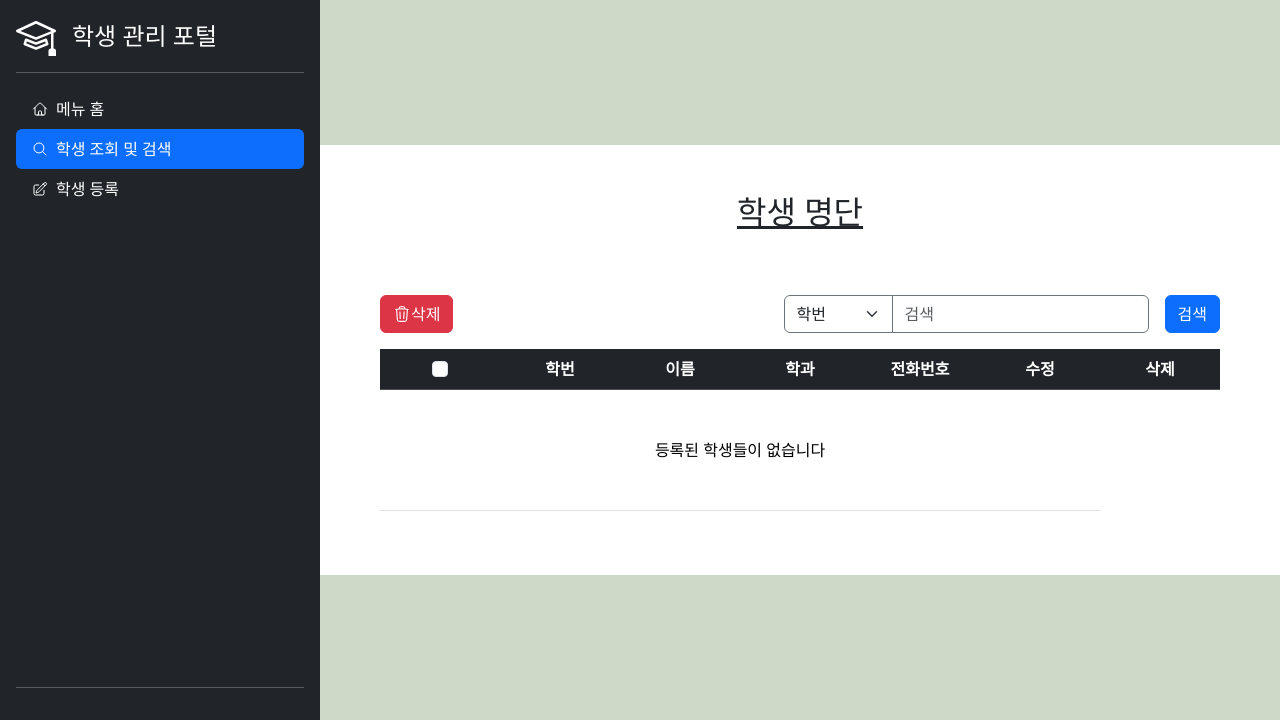
Repository: invisibleufo101/StudentManagementWeb
Page: http://localhost/HSW_Web/browseStudents.do
An editor plug-in stored every save of this project. The page is shown before and after the next save, followed by the edit.
The browser window is 1280 px wide. The pictures show the whole page.
The page is served by Tomcat 9. Other server files are loaded and not shown. Queries for data that is not in the repository find no rows.

Above is the page before, as saved 2024-09-25 13:11:17.

### HSW_Web/src/main/java/com/university/controller/BrowseStudentsServlet.java
package com.university.controller;

import java.io.IOException;
import java.io.PrintWriter;
import java.util.List;

import javax.servlet.ServletException;
import javax.servlet.annotation.WebServlet;
import javax.servlet.http.HttpServlet;
import javax.servlet.http.HttpServletRequest;
import javax.servlet.http.HttpServletResponse;
import javax.servlet.http.HttpSession;

import com.university.model.impl.Student;
import com.university.service.StudentService;

@WebServlet("/browseStudents.do")
public class BrowseStudentsServlet extends HttpServlet {

	private static final long serialVersionUID = 1L;

	/**
	 * 사용자가 학 조회 및 검색 탭을 눌렀을 때 호출 되는 메소드입니다.
	 */
	protected void service(HttpServletRequest request, HttpServletResponse response)
			throws ServletException, IOException {
		showContent(request, response);
	}

	/**
	 * 사용자를 위해 데이터베이스에 저장된 모든 학생들의 정보를 볼 수 있는 페이지를 생성합니다.
	 *
	 * 테이블 위에 있는 검색 기능으로 특정한 조건에 맞는 학생들을 골라 볼 수 있습니다.
	 * 학생 명단의 행을 지우고 싶다면
	 * - 각 행에 있는 체크박스를 클릭하고 테이블 위에 있는 삭제 버튼으로 다량의 행을 삭제할 수 있습니다.
	 * - 각 행에 있는 빨간 쓰레기통 아이콘을 클릭하여 하나의 행을 삭제할 수 있습니다.
	 *
	 * @param request  사용자 요청
	 * @param response 요청에 해당하는 학생 명단 페이
	 * @throws IOException
	 */
	private void showContent(HttpServletRequest request, HttpServletResponse response) throws IOException {

		HttpSession session = request.getSession();

		// Remember that there are two buttons in the same <form> tag
		// but their values are different:
		// "delete" to delete table rows
		// "search" to search for records

		// Mass Delete Student Rows
		String action = request.getParameter("action");
		if (action == null) {
			action = "";
		}

		// Delegate mass student delete action to DeleteStudentServlet
		if (action.equals("delete")) {
			String[] rowIds = request.getParameterValues("rowIds");
			if (rowIds != null) {
				request.setAttribute("rowIds", rowIds);
	            try {
					request.getRequestDispatcher("/deleteStudent.do").forward(request, response);
				} catch (ServletException | IOException e) {
					e.printStackTrace();
				}
//	            return;
			}
		}

		// Get search Category & Keyword from session
		String searchCategory = request.getParameter("search_student_category");
		String searchKeyword = request.getParameter("search_student_keyword");

		// Set default value for both search category & keyword
		if (searchCategory == null) {
			searchCategory = "search_by_id";
		}

		if (searchKeyword == null) {
			searchKeyword = "";
		}

		session.setAttribute("searchCategory", searchCategory);
		session.setAttribute("searchKeyword", searchKeyword);


		PrintWriter out = response.getWriter();

		// Head
		out.println("<!DOCTYPE html>");
		out.println("<html>");
		out.println("<head>");
		out.println("<meta charset='UTF-8'>");
		out.println("<meta name='viewport' content='width=device-width, initial-scale=1'>");
		out.println("<link rel='stylesheet' href='css/bootstrap.min.css' />");
		out.println("<script defer src='js/bootstrap.bundle.min.js'></script>");
		out.println("<link rel='icon' href='images/portal_icon.svg'/>");
		out.println("<title>학생 관리 포털</title>");
		out.println("</head>");

		// Body
		out.println("<body>");
		out.println("<main class='d-flex flex-nowrap vh-100'>");

		// Navbar
		out.println("<!-- Start of Navbar -->");
		out.println("<nav class='d-flex flex-lg-column flex-md-column flex-row flex-shrink-0 p-3 text-bg-dark' style='width: 25vw;'>");
		out.println("<a href='/' class='d-flex justify-content-around align-items-center mb-3 mb-md-0 me-md-auto text-white text-decoration-none'>");
		out.println("<svg xmlns='http://www.w3.org/2000/svg' width='40' height='40' fill='currentColor' class='bi bi-mortarboard' viewBox='0 0 16 16'>");
		out.println("<path d='M8.211 2.047a.5.5 0 0 0-.422 0l-7.5 3.5a.5.5 0 0 0 .025.917l7.5 3a.5.5 0 0 0 .372 0L14 7.14V13a1 1 0 0 0-1 1v2h3v-2a1 1 0 0 0-1-1V6.739l.686-.275a.5.5 0 0 0 .025-.917zM8 8.46 1.758 5.965 8 3.052l6.242 2.913z'/>");
		out.println("<path d='M4.176 9.032a.5.5 0 0 0-.656.327l-.5 1.7a.5.5 0 0 0 .294.605l4.5 1.8a.5.5 0 0 0 .372 0l4.5-1.8a.5.5 0 0 0 .294-.605l-.5-1.7a.5.5 0 0 0-.656-.327L8 10.466zm-.068 1.873.22-.748 3.496 1.311a.5.5 0 0 0 .352 0l3.496-1.311.22.748L8 12.46z'/>");
		out.println("</svg>");
		out.println("<span class='ms-3' style='font-size: 1.5rem;'>학생 관리 포털</span>");
		out.println("</a>");
		out.println("<hr/>");
		out.println("<ul class='nav nav-pills flex-column mb-auto'>");

		// 홈
		out.println("<!-- Menu Home -->");
		out.println("<li class='nav-item'>");
		out.println("<a href='/' class='nav-link text-white'>");
		out.println("<div class='d-flex align-items-center'>");
		out.println("<svg class='bi me-2' xmlns='http://www.w3.org/2000/svg' fill='none' viewBox='0 0 24 24' stroke-width='1.5' stroke='currentColor' width='16' height='16'>");
		out.println("<path stroke-linecap='round' stroke-linejoin='round' d='m2.25 12 8.954-8.955c.44-.439 1.152-.439 1.591 0L21.75 12M4.5 9.75v10.125c0 .621.504 1.125 1.125 1.125H9.75v-4.875c0-.621.504-1.125 1.125-1.125h2.25c.621 0 1.125.504 1.125 1.125V21h4.125c.621 0 1.125-.504 1.125-1.125V9.75M8.25 21h8.25' />");
		out.println("</svg>");
		out.println("<p class='m-0'>메뉴 홈</p>");
		out.println("</div>");
		out.println("</a>");
		out.println("</li>");

		// 학생 조회 및 검색
		out.println("<!-- List and Search Students -->");
		out.println("<li>");
		out.println("<a href='/browseStudents.do' class='nav-link active'>");
		out.println("<div class='d-flex align-items-center'>");
		out.println("<svg class='bi me-2' xmlns='http://www.w3.org/2000/svg' fill='none' viewBox='0 0 24 24' stroke-width='1.5' stroke='currentColor' width='16' height='16'>");
		out.println("<path stroke-linecap='round' stroke-linejoin='round' d='m21 21-5.197-5.197m0 0A7.5 7.5 0 1 0 5.196 5.196a7.5 7.5 0 0 0 10.607 10.607Z'/>");
		out.println("</svg>");
		out.println("<p class='m-0'>학생 조회 및 검색</p>");
		out.println("</div>");
		out.println("</a>");
		out.println("</li>");

		// 학생 등록
		out.println("<!-- Register Student -->");
		out.println("<li>");
		out.println("<a href='/register_student.html' class='nav-link text-white'>");
		out.println("<div class='d-flex align-items-center'>");
		out.println("<svg class='bi me-2' xmlns='http://www.w3.org/2000/svg' fill='none' viewBox='0 0 24 24' stroke-width='1.5' stroke='currentColor' width='16' height='16'>");
		out.println("<path stroke-linecap='round' stroke-linejoin='round' d='m16.862 4.487 1.687-1.688a1.875 1.875 0 1 1 2.652 2.652L10.582 16.07a4.5 4.5 0 0 1-1.897 1.13L6 18l.8-2.685a4.5 4.5 0 0 1 1.13-1.897l8.932-8.931Zm0 0L19.5 7.125M18 14v4.75A2.25 2.25 0 0 1 15.75 21H5.25A2.25 2.25 0 0 1 3 18.75V8.25A2.25 2.25 0 0 1 5.25 6H10' />");
		out.println("</svg>");
		out.println("<p class='m-0'>학생 등록</p>");
		out.println("</div>");
		out.println("</a>");
		out.println("</li>");
		out.println("</ul>");
		out.println("<hr/>");
		out.println("</nav>");
		out.println("<!-- End of Navbar -->");

		// 학생 명단
		out.println("<section class='d-flex justify-content-center align-items-center' style='width: 75vw; background-color: #ced9c7;'>");
		out.println("<!-- Start of Student List -->");
		out.println("<div class='container mx-auto bg-white' style='max-height: 80vh; overflow-y: auto;'>");
		out.println("<h2 class='pt-5 text-center text-decoration-underline mb-3'>학생 명단</h2>");


		// 검색 창 (학번, 이름, 학과, 전화번호)
		out.println("<div class='p-5'>");
		out.println("<form action='/browseStudents.do' method='POST'>");
		out.println("<div class='row g-3 justify-content-end'>");

		// 학생 대량 삭제 버튼
		out.println("<div class='me-auto col-auto'>");
		out.println("<button class='btn btn-danger d-flex align-items-center justify-content-between' type='submit' name='action' value='delete'>");
		out.println("<svg xmlns='http://www.w3.org/2000/svg' fill='none' viewBox='0 0 24 24' stroke-width='1.5' stroke='currentColor' height='18' width='18'>");
		out.println("<path stroke-linecap='round' stroke-linejoin='round' d='m14.74 9-.346 9m-4.788 0L9.26 9m9.968-3.21c.342.052.682.107 1.022.166m-1.022-.165L18.16 19.673a2.25 2.25 0 0 1-2.244 2.077H8.084a2.25 2.25 0 0 1-2.244-2.077L4.772 5.79m14.456 0a48.108 48.108 0 0 0-3.478-.397m-12 .562c.34-.059.68-.114 1.022-.165m0 0a48.11 48.11 0 0 1 3.478-.397m7.5 0v-.916c0-1.18-.91-2.164-2.09-2.201a51.964 51.964 0 0 0-3.32 0c-1.18.037-2.09 1.022-2.09 2.201v.916m7.5 0a48.667 48.667 0 0 0-7.5 0' />");
		out.println("</svg>");
		out.println("삭제</button>");

		out.println("</div>");

		out.println("<div class='col-auto'>");
		out.println("<div class='input-group'>");

		out.println("<div class='w-20'>");
		out.println("<select class='form-select border rounded-start border-secondary' style='border-radius: 0;' name='search_student_category'>");

		// Juggle selected attribute based on the current search category & keyword stored in session
		String category = (String) session.getAttribute("searchCategory");
		if (category.equals("search_by_id")) {
			out.println("<option value='search_by_id' selected> 학번 </option>");
		} else {
			out.println("<option value='search_by_id'> 학번 </option>");
		}

		if (category.equals("search_by_name")) {
			out.println("<option value='search_by_name' selected> 이름 </option>");
		} else {
			out.println("<option value='search_by_name'> 이름 </option>");
		}

		if (category.equals("search_by_major")) {
			out.println("<option value='search_by_major' selected> 학과 </option>");
		} else {
			out.println("<option value='search_by_major'> 학과 </option>");
		}

		if (category.equals("search_by_phone_number")) {
			out.println("<option value='search_by_phone_number' selected> 전화번호 </option>");
		} else {
			out.println("<option value='search_by_phone_number'> 전화번호 </option>");
		}

		out.println("</select>");
		out.println("</div>");

		out.println("<input type='search' class='form-control border border-secondary' id='search_student_keyword' name='search_student_keyword' placeholder='검색' value='"
						+ session.getAttribute("searchKeyword") + "'>");
		out.println("</div>");
		out.println("</div>");
		out.println("<div class='col-auto'>");
		out.println("<button type='submit' class='btn btn-primary mb-3' name='action' value='search'>검색</button>");
		out.println("</div>");
		out.println("</div>");
		out.println("<table class='table table-hover text-center w-100 overflow-y-hidden' style='table-layout: fixed;'> ");
		out.println("<thead class='table-dark sticky-top top-0 pt-3 bg-white'>");
		out.println("<tr>");
		out.println("<th scope='col'><input type='checkbox' class='form-check-input' onclick='checkAllRows(this)' /></th>");
		out.println("<th scope='col'>학번</th>");
		out.println("<th scope='col'>이름</th>");
		out.println("<th scope='col'>학과</th>");
		out.println("<th scope='col'>전화번호</th>");
		out.println("<th scope='col'>수정</th>");
		out.println("<th scope='col'>삭제</th>");
		out.println("</tr>");
		out.println("</thead>");
		out.println("<tbody>");

		// Show rows of Student record from the Database
		StudentService studentService = new StudentService();
		String keyword = (String) session.getAttribute("searchKeyword");

		List<Student> students = studentService.getAllStudents(category, keyword);
		// If the keyword is empty and there are still no results ==> then it's for sure empty
		// This is because ALL records of students are fetched via : SELECT * FROM student WHERE (searchCategory) LIKE (searchKeyword);
		if (!keyword.equals("") && students.isEmpty()) {
			out.println("<tr>");
			out.println("<td class='p-5' colspan='6'>검색 결과에 해당하는 학생들이 없습니다</td>");
			out.println("</tr>");
		// If there are no REGISTERED students
		} else if (students.isEmpty()) {
			out.println("<tr>");
			out.println("<td class='p-5' colspan='6'>등록된 학생들이 없습니다</td>");
			out.println("</tr>");
		} else {
			for (Student student : students) {
				out.println("<tr>");
				out.println("<td><input type='checkbox' class='form-check-input row-checkbox' name='rowIds' value='" + student.getField("id") + "'/></td>");
				out.println("<td>" + student.getField("studentId") + "</td>");
				out.println("<td>" + student.getField("name") + "</td>");
				out.println("<td>" + student.getField("major") + "</td>");
				out.println("<td>" + student.getField("phoneNumber") + "</td>");
				out.println("<td>");
				out.println("<a href='readStudent.do?id=" + student.getField("id") + "' class='icon-link icon-link-hover text-primary'>");
				out.println("<svg xmlns='http://www.w3.org/2000/svg' fill='none' viewBox='0 0 24 24' stroke-width='1.5' stroke='currentColor' width='18' height='18'>");
				out.println("<path stroke-linecap='round' stroke-linejoin='round' d='m16.862 4.487 1.687-1.688a1.875 1.875 0 1 1 2.652 2.652L6.832 19.82a4.5 4.5 0 0 1-1.897 1.13l-2.685.8.8-2.685a4.5 4.5 0 0 1 1.13-1.897L16.863 4.487Zm0 0L19.5 7.125' />");
				out.println("</svg>");
				out.println("</a>");
				out.println("</td>");
				out.println("<td>");
				out.println("<a href='deleteStudent.do?id=" + student.getField("id") + "' class='icon-link icon-link-hover text-danger'>");
				out.println("<svg xmlns='http://www.w3.org/2000/svg' fill='none' viewBox='0 0 24 24' stroke-width='1.5' stroke='currentColor' width='18' height='18'>");
				out.println("<path stroke-linecap='round' stroke-linejoin='round' d='m14.74 9-.346 9m-4.788 0L9.26 9m9.968-3.21c.342.052.682.107 1.022.166m-1.022-.165L18.16 19.673a2.25 2.25 0 0 1-2.244 2.077H8.084a2.25 2.25 0 0 1-2.244-2.077L4.772 5.79m14.456 0a48.108 48.108 0 0 0-3.478-.397m-12 .562c.34-.059.68-.114 1.022-.165m0 0a48.11 48.11 0 0 1 3.478-.397m7.5 0v-.916c0-1.18-.91-2.164-2.09-2.201a51.964 51.964 0 0 0-3.32 0c-1.18.037-2.09 1.022-2.09 2.201v.916m7.5 0a48.667 48.667 0 0 0-7.5 0' />");
				out.println("</svg>");
				out.println("</a>");
				out.println("</td>");
				out.println("</tr>");
			}
		}

		out.println("</tbody>");
		out.println("</table>");
		out.println("</div>");
		out.println("<!-- End of Student List -->");
		out.println("</form>");
		out.println("</section>");
		out.println("</main>");

		// Script to check ALL checkboxes in table rows
		// Code provided by chatGPT
		out.println("<script>");
		out.println("function checkAllRows(tableHeadCheckBox) {");
		out.println("let checkboxes = document.querySelectorAll('input[type=\"checkbox\"].row-checkbox');");
		out.println("checkboxes.forEach(checkbox => checkbox.checked = tableHeadCheckBox.checked);");
		out.println("}");
		out.println("</script>");

		out.println("</body>");
		out.println("</html>");

		out.close();
	}
}

### HSW_Web/src/main/java/com/university/service/StudentService.java
package com.university.service;

import java.util.List;
import java.util.Map;

import com.university.model.impl.Student;
import com.university.querybuilder.QueryBuilder;

public class StudentService {

	private QueryBuilder queryBuilder = new QueryBuilder(Student.class); // QueryBuilder 객체로 데이터베이스에 대한 작업을 처리합니다.

	public StudentService() {}

	/**
	 * 검색 카테고리와 키워드에 따라 학생들을 출력합니다.
	 *
	 * @param searchStudentId 학생 명단에 학번으로 학생 검색 기능을 구현하기 위한 조건 값
	 * @return 				  검색으로 찾으려는 학생
	 */
	public List<Student> getAllStudents(String searchCategory, String searchKeyword) {

		if (searchCategory.equals("search_by_id")) {
			return queryBuilder.select("*").whereLike("studentId", searchKeyword + "%").getAll();
		} else if (searchCategory.equals("search_by_name")) {
			return queryBuilder.select("*").whereLike("name", "%" + searchKeyword + "%").getAll();
		} else if (searchCategory.equals("search_by_major")) {
			return queryBuilder.select("*").whereLike("major", searchKeyword + "%").getAll();
		} else if (searchCategory.equals("search_by_phone_number")) {
			return queryBuilder.select("*").whereLike("phoneNumber", "%" + searchKeyword + "%").getAll();
		}

		return queryBuilder.select("*").getAll();
	}

	/**
	 * id 항목의 값을 바탕으로 특정한 학생을 검색합니다.
	 *
	 * @param id Student 테이블에 있는 기본키
	 * @return	 검색하려는 Student 객체
	 */
	public Student getStudent(Long id) {
		Student student = queryBuilder.select("*").where("id", id).get();
		return student;
	}

	/**
	 * 인자 값으로 받은 Student 객체의 정보를 바탕으로 student 데이터베이스 테이블에 새로운 행을 하나 추가합니다.
	 *
	 * @param student 테이블에 추가할 데이터를 가지고 있는 Student 객체
	 */
	public void createStudent(Student student) {
		String studentId = (String) student.getField("studentId");
		String name = (String) student.getField("name");
		String major = (String) student.getField("major");
		String phoneNumber = (String) student.getField("phoneNumber");

		queryBuilder.insert("studentId", "name", "major", "phoneNumber").values(studentId, name, major, phoneNumber).execute();
	}

	/**
	 * 인자 값으로 받는 Student 객체의 정보를 토대로 student 테이블에 있는 행을 수정합니다.
	 *
	 * @param student 수정할 정보를 가지고 있는 Student 객체
	 */
	public void updateStudent(Student student) {
		Long id = (Long) student.getField("id");
		String major = (String) student.getField("major");
		String phoneNumber = (String) student.getField("phoneNumber");

		queryBuilder.update().set("major", major).set("phoneNumber", phoneNumber).where("id", id).execute();
	}

	/**
	 * 기본키인 id 항목을 바탕으로 특정 학생을 데이터베이스에서 삭제합니다.
	 *
	 * @param id student 테이블의 기본키
	 */
	public void deleteStudent(Long id) {
		queryBuilder.delete().where("id", id).execute();
	}
}

### HSW_Web/src/main/java/com/university/model/FieldHandler.java
package com.university.model;

import java.lang.reflect.Field;
import java.util.HashMap;
import java.util.Map;

import com.university.querybuilder.TypeCastHandler;

public class FieldHandler {

	private Object model;
	private Map<String, Field> fieldMap;

	/**
	 *
	 * 모델 객체를 기반으로 필드를 초기화하고 getFields()와 setFields()에 필요한 필드 맵을 구성합니다.
	 *
	 * @param model 필드를 처리할 모델 객체
	 */
	public FieldHandler(Object model) {
		this.model = model;
		this.fieldMap = getFieldMap(model);
	}

	/**
	 * 모델 객체에 필드에 값을 설정합니다. 필드 맵으로 해당 인자 값으로 받는 필드의 유무를 확인하며 없다면
	 * NoSuchFieldException 예외를 던집니다.
	 *
	 * @param 필드 이름
	 * @param 받을 값
	 */
	public void setField(String column, Object value) {
		try {
			column = convertToLowerCase(column);
			Field field = fieldMap.get(column);
			if (field == null) {
				throw new NoSuchFieldException("Field name: " + column + " does not exist!");
			}
			field.setAccessible(true);
			Object castedValue = TypeCastHandler.convertToFieldType(field, value);
			field.set(model, castedValue);
		} catch (NoSuchFieldException | IllegalAccessException e) {
			e.printStackTrace();
		}
	}

	/**
	 * 모델 객체가 가지고 있는 필드로부터 해당하는 값을 가져옵니다.
	 *
	 * @param  필드 이름
	 * @return 필드에 저장된 값
	 */
	public Object getField(String column) {
		try {
			column = convertToLowerCase(column);
			Field field = fieldMap.get(column);
			if (field == null) {
				throw new NoSuchFieldException("Field name: " + column + "does not exist!");
			}
			field.setAccessible(true);
			return field.get(model);
		} catch (NoSuchFieldException | IllegalAccessException e) {
			e.printStackTrace();
			return null;
		}
	}

	/**
	 * 모델 객체의 선언된 필드를 가져와 필드 맵을 구성합니다.
	 *
	 * @param model 필드를 처리할 모델 객체
	 * @return 필드 이름과 Field 객체가 Key-Value pair로 담긴 맵
	 */
	private Map<String, Field> getFieldMap(Object model) {
		Map<String, Field> fieldMap = new HashMap<>();
		Field[] fields = model.getClass().getDeclaredFields();
		for (Field field : fields) {
			field.setAccessible(true);
			fieldMap.put(field.getName().toLowerCase(), field);
		}
		return fieldMap;
	}

	/**
	 * QueryBuilder 객체로부터 받는 테이블 항목 이름을 소문자로 변환하고 "_"를 제거합니다. 데이터베이스는 snake_case를
	 * 쓰지만 자바는 camelCase를 쓰기 때문에 데이터베이스로부터 값을 가져올 시 필드 이름을 한번 처리해야 됩니다.
	 *
	 * @param columnName 변환할 컬럼 이름
	 * @return 변환된 소문자 컬럼 이름
	 */
	private String convertToLowerCase(String columnName) {
		String lowerCaseColumn = columnName.toLowerCase().replace("_", "");
		return lowerCaseColumn;
	}
}

### HSW_Web/src/main/java/com/university/util/JDBCUtil.java
package com.university.util;

import java.sql.Connection;
import java.sql.DriverManager;
import java.sql.PreparedStatement;
import java.sql.ResultSet;
import java.sql.SQLException;

public class JDBCUtil {

	/**
	 * DriverManager 객체를 이용하여 H2 데이터베이스에 연결을 합니다.
	 *
	 * 연결을 실패할 경우 null값을 반환합니다.
	 * @return
	 */
	public static Connection getConnection() {
		Connection conn = null;

		try {
			DriverManager.registerDriver(new org.h2.Driver());

			String jdbcUrl = "jdbc:h2:tcp://localhost/~/HSW_Web;CASE_INSENSITIVE_IDENTIFIERS=TRUE";
			String userName = "sa";
			String password = "1234";
			conn = DriverManager.getConnection(jdbcUrl, userName, password);
		} catch (SQLException e) {
			e.printStackTrace();
		}

		return conn;
	}


	/**
	 * H2 데이터베이스에 연결을 끊습니다.
	 * PreparedStatement, Connection 객체들이 null 상태인지 먼저 확인한 후 연결을 끊습니다.
	 *
	 * @param pstmt
	 * @param conn
	 */
	public static void close(PreparedStatement pstmt, Connection conn) {
		try {
			if (pstmt != null) {
				pstmt.close();
			}
		} catch (SQLException e) {
			e.printStackTrace();
		}

		try {
			if (conn != null) {
				conn.close();
			}
		} catch (SQLException e) {
			e.printStackTrace();
		}
	}

	/**
	 * H2 데이터베이스에 연결을 끊습니다. QueryBuilder에서 get(), getAll() 메소드를 위한 연결을 끊는 방식입니다.
	 * 각 ResultSet, PreparedStatement, Connection 객체들이 null 상태인지 먼저 확인한 후 연결을 끊습니다.
	 *
	 * @param pstmt
	 * @param conn
	 */
	public static void close(ResultSet rs, PreparedStatement pstmt, Connection conn) {
		try {
			if (rs != null) {
				rs.close();
			}
		} catch (SQLException e) {
			e.printStackTrace();
		}

		try {
			if (pstmt != null) {
				pstmt.close();
			}
		} catch (SQLException e) {
			e.printStackTrace();
		}

		try {
			if (conn != null) {
				conn.close();
			}
		} catch (SQLException e) {
			e.printStackTrace();
		}

	}
}

### HSW_Web/src/main/java/com/university/querybuilder/RowMapHandler.java
package com.university.querybuilder;

import java.lang.reflect.InvocationTargetException;
import java.sql.ResultSet;
import java.sql.ResultSetMetaData;
import java.sql.SQLException;
import java.util.ArrayList;
import java.util.List;

import com.university.model.Model;

public class RowMapHandler {

	/**
	 * SELECT문을 실행하고 모델 자식 객체들이 가지고 있는 필드에 알맞는 데이터 타입을 배정해주기 위해 만든 static 클래스입니다.
	 */
	public RowMapHandler() {}

	/**
	 * 데이터베이스 결과 값들을 가지고 있는 ResultSet 객체에 테이블 항목 이름과 데이터 값을 추출하고
	 * 모델 클래스의 setField() 메소드로 각 객체에 알맞는 필드 값을 지정해줍니다.
	 *
	 * @param <T>
	 * @param modelClass 모델 객체
	 * @param rs 		 데이터베이스 결과 값을 가지고 있는 ResultSet 객체
	 * @return 			 결과 값들을 가지고 있는 모델 객체 배열
	 * @throws SQLException
	 */
	@SuppressWarnings("unchecked")
	public static <T extends Model> List<T> mapRows(Class<? extends Model> modelClass, ResultSet rs) throws SQLException {
		ResultSetMetaData metaData = rs.getMetaData();
		int columnCount = metaData.getColumnCount();
		List<T> modelObjects = new ArrayList<>();

		while(rs.next()) {
			T modelObject = null;
			try {
				modelObject = (T) modelClass.getDeclaredConstructor().newInstance();
				for (int idx=1; idx<=columnCount; idx++) {
					String columnName = metaData.getColumnName(idx).toLowerCase();
					Object columnValue = rs.getObject(idx);

					modelObject.setField(columnName, columnValue);
				}
			} catch (InstantiationException | IllegalAccessException | IllegalArgumentException |
					InvocationTargetException | NoSuchMethodException | SecurityException e) {
				e.printStackTrace();
			}
			modelObjects.add(modelObject);
		}
		return modelObjects;
	}

	/**
	 * 위 메소드와 동일하지만 테이블 행 하나의 결과 값을 모델 객체에 지정해 반환합니다.
	 * 모델 클래스의 setField() 메소드로 각 객체에 알맞는 필드 값을 지정해줍니다.
	 *
	 * @param <T>
	 * @param modelClass 모델 객체
	 * @param rs 		 데이터베이스 결과 값을 가지고 있는 ResultSet 객체
	 * @return 			 결과 값들을 가지고 있는 모델 객체 배열
	 * @throws SQLException
	 */
	@SuppressWarnings("unchecked")
	public static <T extends Model> T mapRow(Class<? extends Model> modelClass, ResultSet rs) throws SQLException {
		ResultSetMetaData metaData = rs.getMetaData();
		int columnCount = metaData.getColumnCount();
		T modelObject = null;
		if (rs.next()) {
			try {
				modelObject = (T) modelClass.getDeclaredConstructor().newInstance();
				for (int idx=1; idx<=columnCount; idx++) {
					String columnName = metaData.getColumnName(idx).toLowerCase();
					Object columnValue = rs.getObject(idx);
					modelObject.setField(columnName, columnValue);
				}
			} catch (InstantiationException | IllegalAccessException | IllegalArgumentException
					| InvocationTargetException | NoSuchMethodException | SecurityException e) {
				e.printStackTrace();
			}
		}
		return modelObject;
	}
}

Loaded but not shown: HSW_Web/src/main/webapp/css/bootstrap.min.css (library); HSW_Web/src/main/webapp/js/bootstrap.bundle.min.js (library); HSW_Web/src/main/java/com/university/querybuilder/QueryBuilder.java (405 lines, source omitted); HSW_Web/src/main/java/com/university/querybuilder/QueryExecutor.java (146 lines, source omitted)

After the next save:
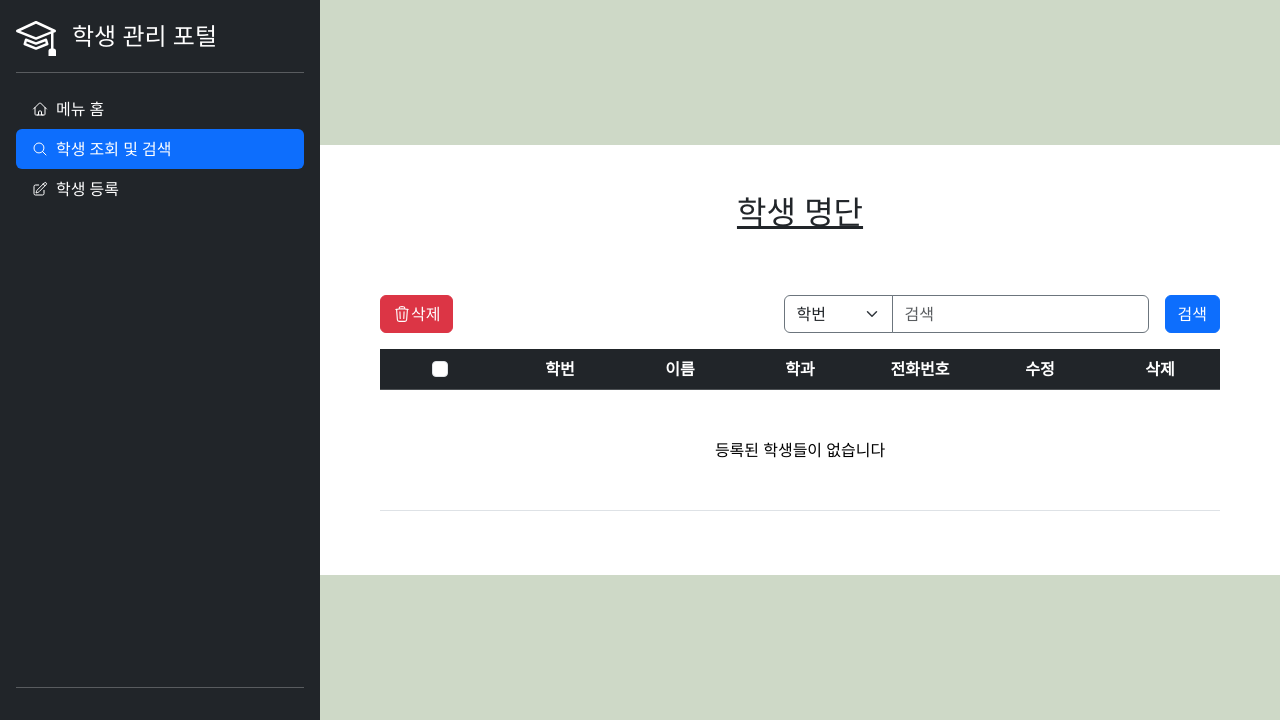
Saved 5 min 46 s later.
--- a/HSW_Web/src/main/java/com/university/controller/BrowseStudentsServlet.java
+++ b/HSW_Web/src/main/java/com/university/controller/BrowseStudentsServlet.java
@@ -247,12 +247,12 @@ public class BrowseStudentsServlet extends HttpServlet {
 		// This is because ALL records of students are fetched via : SELECT * FROM student WHERE (searchCategory) LIKE (searchKeyword);
 		if (!keyword.equals("") && students.isEmpty()) {
 			out.println("<tr>");
-			out.println("<td class='p-5' colspan='6'>검색 결과에 해당하는 학생들이 없습니다</td>");
+			out.println("<td class='p-5' colspan='7'>검색 결과에 해당하는 학생들이 없습니다</td>");
 			out.println("</tr>");
 		// If there are no REGISTERED students
 		} else if (students.isEmpty()) {
 			out.println("<tr>");
-			out.println("<td class='p-5' colspan='6'>등록된 학생들이 없습니다</td>");
+			out.println("<td class='p-5' colspan='7'>등록된 학생들이 없습니다</td>");
 			out.println("</tr>");
 		} else {
 			for (Student student : students) {
